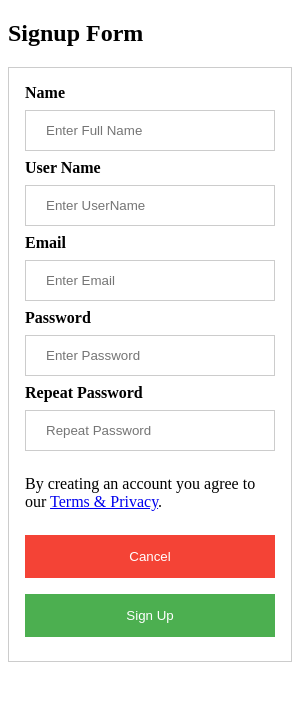
Repository: paragpatidar/LibraryManagementSystem
Page: http://localhost/LibraryManagementSystemSpring/WEB-INF/ui/SignUp.jsp
An editor plug-in stored every save of this project. The page is shown before and after the next save, followed by the edit.
The browser window is 300 px wide. The pictures show the whole page.
The page is served by Tomcat 9. Nobody is signed in. Other server files are loaded and not shown. The template is opened directly, without the code that normally fills it, so the values that code supplies are empty.

Above is the page before, as saved 2017-11-08 07:50:52.

### LibraryManagementSystemSpring/WebContent/WEB-INF/ui/SignUp.jsp
<%@ page language="java" contentType="text/html; charset=ISO-8859-1"
    pageEncoding="ISO-8859-1"%>
<!DOCTYPE html PUBLIC "-//W3C//DTD HTML 4.01 Transitional//EN" "http://www.w3.org/TR/html4/loose.dtd">
<html>
<head>
<meta http-equiv="Content-Type" content="text/html; charset=ISO-8859-1">
<title>Insert title here</title>
<style>
/* Full-width input fields */
input[type=text], input[type=password] {
    width: 100%;
    padding: 12px 20px;
    margin: 8px 0;
    display: inline-block;
    border: 1px solid #ccc;
    box-sizing: border-box;
}

/* Set a style for all buttons */
button {
    background-color: #4CAF50;
    color: white;
    padding: 14px 20px;
    margin: 8px 0;
    border: none;
    cursor: pointer;
    width: 100%;
}

/* Extra styles for the cancel button */
.cancelbtn {
    padding: 14px 20px;
    background-color: #f44336;
}

/* Float cancel and signup buttons and add an equal width */
.cancelbtn,.signupbtn {
    float: left;
    width: 50%;
}

/* Add padding to container elements */
.container {
    padding: 16px;
}

/* Clear floats */
.clearfix::after {
    content: "";
    clear: both;
    display: table;
}

/* Change styles for cancel button and signup button on extra small screens */
@media screen and (max-width: 300px) {
    .cancelbtn, .signupbtn {
       width: 100%;
    }
}
</style>
</head>
<body>
<h2>Signup Form</h2>

<form action="signUp.htm" style="border:1px solid #ccc">
  <div class="container">
     <label><b>Name</b></label>
    <input type="text" placeholder="Enter Full Name" name="name" required>

    <label><b>User Name</b></label>
    <input type="text" placeholder="Enter UserName" name="userName" required>

    <label><b>Email</b></label>
    <input type="text" placeholder="Enter Email" name="email" required>

    <label><b>Password</b></label>
    <input type="password" placeholder="Enter Password" name="psw" required>

    <label><b>Repeat Password</b></label>
    <input type="password" placeholder="Repeat Password" name="psw-repeat" required>
    <p>By creating an account you agree to our <a href="#">Terms & Privacy</a>.</p>
    <div class="clearfix">
      <button type="button" onCLick="home.htm" class="cancelbtn">Cancel</button>
      <button type="submit" name="submit" class="signupbtn">Sign Up</button>
    </div>
  </div>
</form>
</body>
</html>

After the next save:
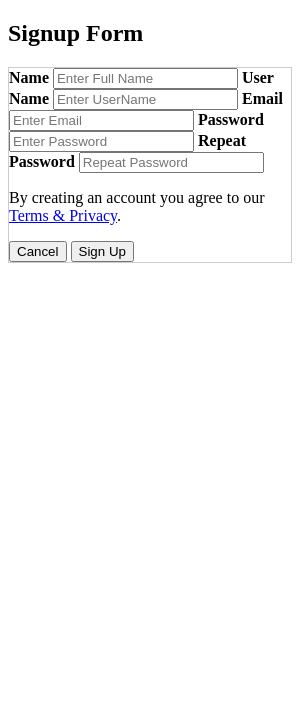
Saved 41 min 0 s later.
--- a/LibraryManagementSystemSpring/WebContent/WEB-INF/ui/SignUp.jsp
+++ b/LibraryManagementSystemSpring/WebContent/WEB-INF/ui/SignUp.jsp
@@ -6,57 +6,6 @@
 <meta http-equiv="Content-Type" content="text/html; charset=ISO-8859-1">
 <title>Insert title here</title>
 <style>
-/* Full-width input fields */
-input[type=text], input[type=password] {
-    width: 100%;
-    padding: 12px 20px;
-    margin: 8px 0;
-    display: inline-block;
-    border: 1px solid #ccc;
-    box-sizing: border-box;
-}
-
-/* Set a style for all buttons */
-button {
-    background-color: #4CAF50;
-    color: white;
-    padding: 14px 20px;
-    margin: 8px 0;
-    border: none;
-    cursor: pointer;
-    width: 100%;
-}
-
-/* Extra styles for the cancel button */
-.cancelbtn {
-    padding: 14px 20px;
-    background-color: #f44336;
-}
-
-/* Float cancel and signup buttons and add an equal width */
-.cancelbtn,.signupbtn {
-    float: left;
-    width: 50%;
-}
-
-/* Add padding to container elements */
-.container {
-    padding: 16px;
-}
-
-/* Clear floats */
-.clearfix::after {
-    content: "";
-    clear: both;
-    display: table;
-}
-
-/* Change styles for cancel button and signup button on extra small screens */
-@media screen and (max-width: 300px) {
-    .cancelbtn, .signupbtn {
-       width: 100%;
-    }
-}
 </style>
 </head>
 <body>
